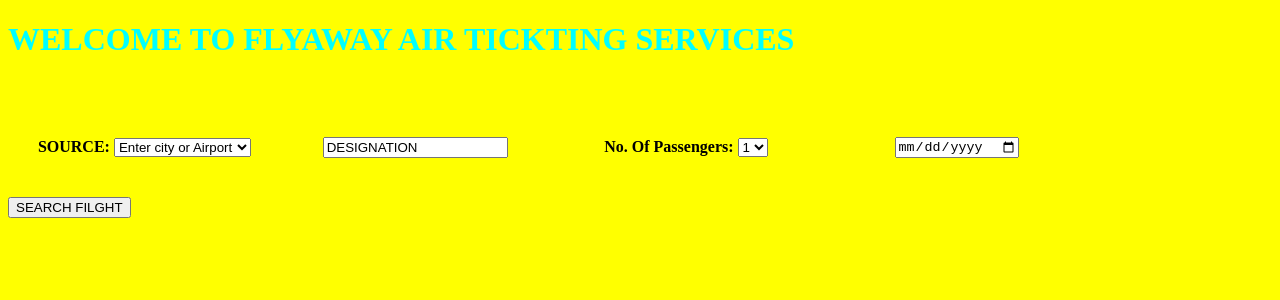
Repository: jha6435/backendcode
Page: demo1forDelete/src/main/webapp/home.html
An editor plug-in stored every save of this project. The page is shown before and after the next save, followed by the edit.
The browser window is 1280 px wide. The pictures show the whole page.

Above is the page before, as saved 2022-12-20 04:07:08.

After the next save:
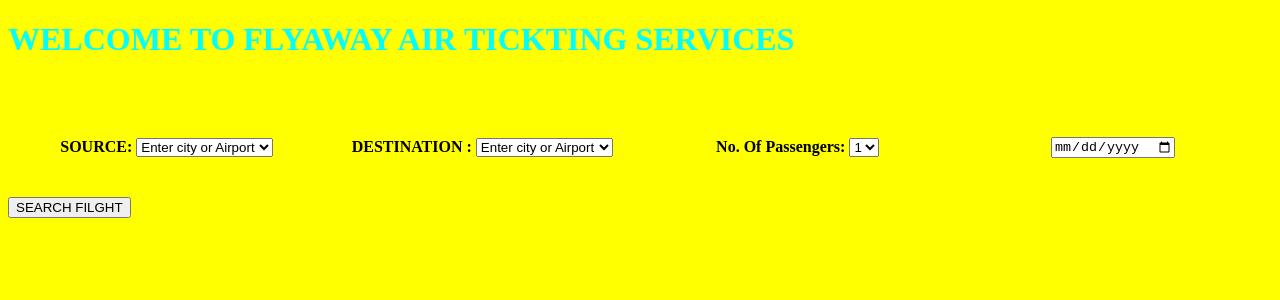
Saved 15 min 20 s later.
--- a/demo1forDelete/src/main/webapp/home.html
+++ b/demo1forDelete/src/main/webapp/home.html
@@ -11,6 +11,7 @@
  <div>
   <table>
     <tr>
+
       <th style="width: 20%;"> SOURCE:
     <select>
         <option>Enter city or Airport</option>
@@ -21,19 +22,47 @@
         <option>chennai</option>
         <option>chandigarh</option>
         <option>hydrabad</option>
-        <option>nasik</option>
+        <option>Ahmedabad</option>
         <option>pune</option>
         <option>Nagpur</option>
-        <option>faridabad</option>
-        <option>Noida</option>
+       <option>Kochi</option>
+        <option>Banglore</option>
         <option>Muzaffarpur</option>
         <option>Gorakhpur</option>
         <option>Kanpur</option>
         <option>Lucknow</option>
-        <option>sirsa</option>
+        <option>Jaipur</option>
+        <option>Jammu</option>
+        <option>shimla</option>
+        <option>Guwahati</option>
+        <option>Puri</option>
+        </select></th>
 
-    </select></th>
-      <th style="width: 20%;"><input type="text" name="dsgn" value="DESIGNATION"></th>
+      <th style="width: 20%;"> DESTINATION :
+    <select>
+        <option>Enter city or Airport</option>
+        <option>New delhi</option>
+        <option>Mumbai</option>
+        <option>patna</option>
+        <option>kolkata</option>
+        <option>chennai</option>
+        <option>chandigarh</option>
+        <option>hydrabad</option>
+        <option>Ahmedabad</option>
+        <option>pune</option>
+        <option>Nagpur</option>
+       <option>Kochi</option>
+        <option>Banglore</option>
+        <option>Muzaffarpur</option>
+        <option>Gorakhpur</option>
+        <option>Kanpur</option>
+        <option>Lucknow</option>
+        <option>Jaipur</option>
+        <option>Jammu</option>
+        <option>shimla</option>
+        <option>Guwahati</option>
+        <option>Puri</option> </select></th>
+
       <th style="width: 20%;">No. Of Passengers:
       <select>
       <option>1</option>
